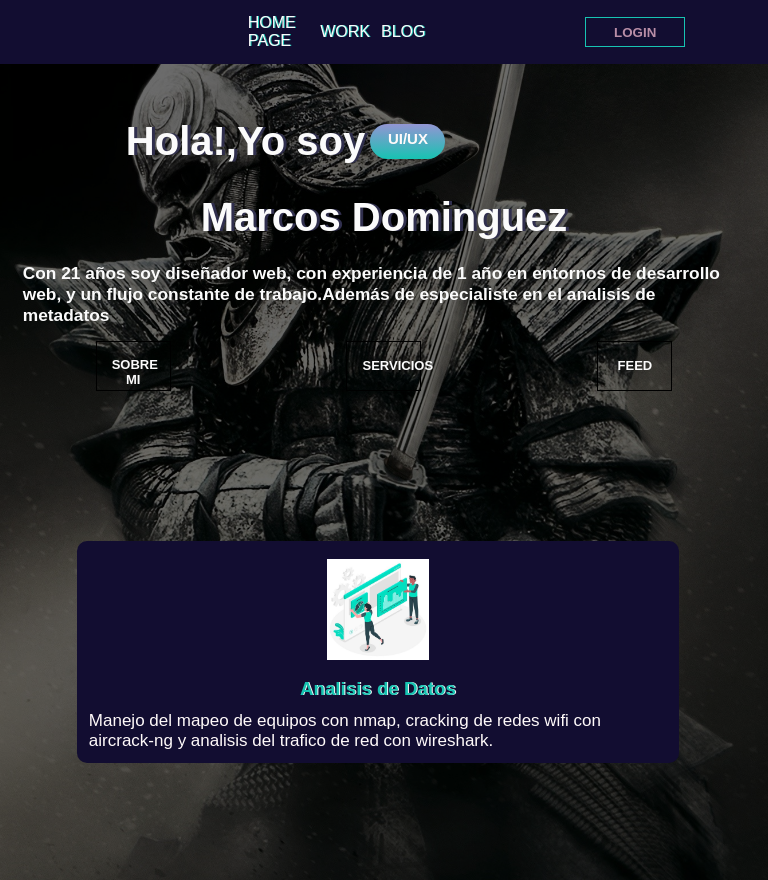
Repository: Sxcram02/Portfolio2
Page: http://localhost/
The author's editor kept a copy of each file at every save. The page is drawn from the files as they stood at one save, then again after the next save.
The browser window is 768 px wide. The pictures show the whole page.
Some web fonts or font styles are not loaded; a fallback is used. The page is run by PHP 8.4 with error messages shown; the project is at /var/www/html/.

Above is the page before, as saved 2023-05-14 17:45:21.

After the next save:
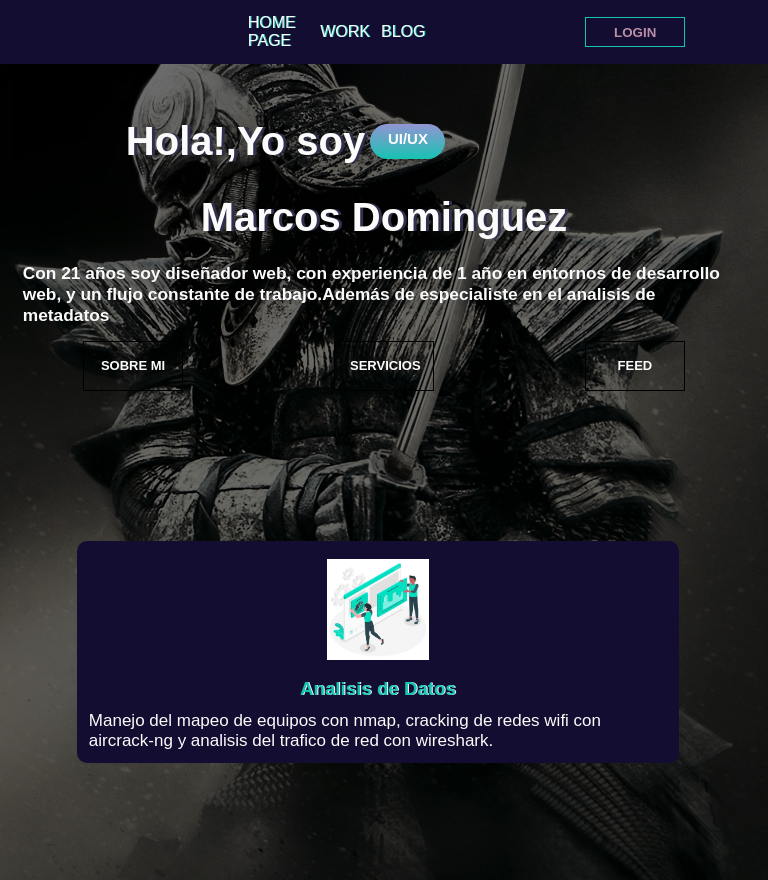
Saved 12 s later.
--- a/styles/index.css
+++ b/styles/index.css
@@ -209,7 +209,7 @@ body {
     }
 
     #home_page .box-inputs button {
-        width: 75px;
+        width: 100px;
         font-size: 13px;
         color: #FBFBFB;
     }
